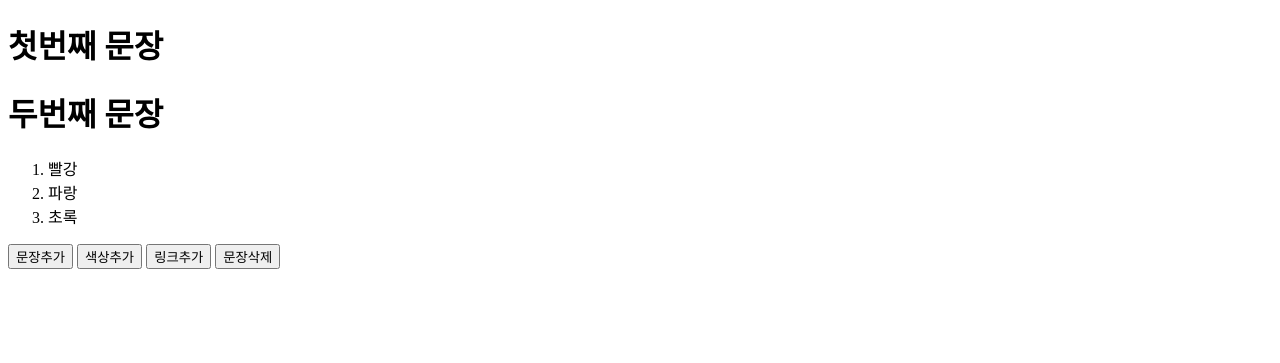
Repository: chopilyeon/JavaWeb
Page: LectureWeb/src/main/webapp/jquery/exam04.html
The author's editor kept a copy of each file at every save. The page is drawn from the files as they stood at one save, then again after the next save.
The browser window is 1280 px wide. The pictures show the whole page.

Above is the page before, as saved 2022-05-30 08:21:52.

After the next save:
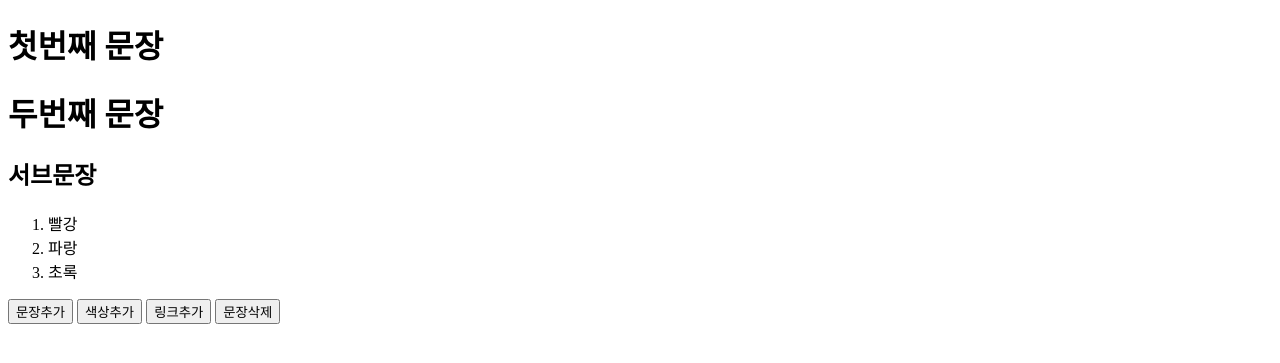
Saved 41 s later.
--- a/LectureWeb/src/main/webapp/jquery/exam04.html
+++ b/LectureWeb/src/main/webapp/jquery/exam04.html
@@ -67,6 +67,7 @@ $(document).ready(function(){
 	<div>
 		<h1>첫번째 문장</h1>
 		<h1>두번째 문장</h1>
+		<h2>서브문장</h2>
 	</div>
 	<ol>
 		<li>빨강</li>
